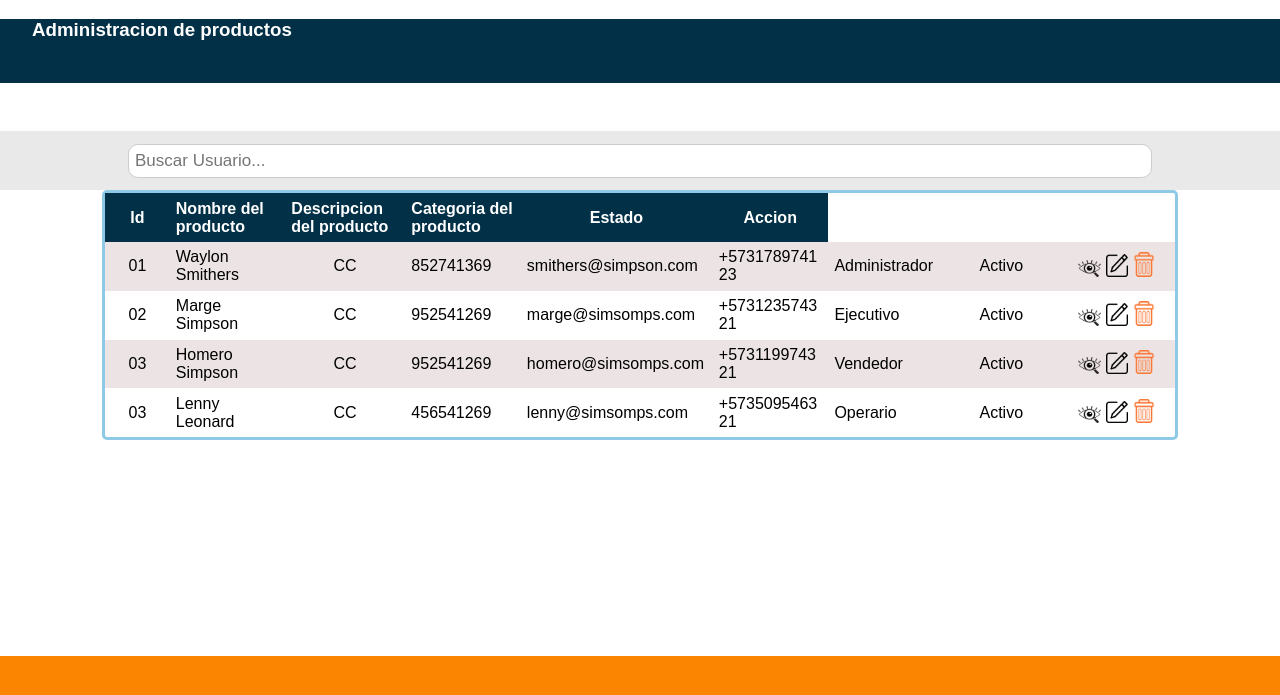
Repository: AlexanderBarona/Proyecto_Ciclo3_Mintic
Page: PaginaWeb/pages/listar_productos.html
The author's editor kept a copy of each file at every save. The page is drawn from the files as they stood at one save, then again after the next save.
The browser window is 1280 px wide. The pictures show the whole page.

Above is the page before, as saved 2021-09-30 15:16:01.

### PaginaWeb/pages/listar_productos.html
<!DOCTYPE html>
<html>

   <head>
      <title>Administracion de productos</title>
      <link href="../css/style.css" rel="stylesheet" type="text/css">
      <link href="../css/admin_user.css" rel="stylesheet" type="text/css">
   </head>
   <body class="admin_user">
      <header>
         <h3>Administracion de productos</h3>
      </header>
      <main>
        <div class="TopBar">
            <div class="Search ">
                <input type="text" placeholder="Buscar Usuario...">
            </div>

        </div>

        <div class="table_principal">
            <table class="table_entity">

              <tbody class="table_body" >

                  <tr class="table_header" >

                    <td class="table_cell center">Id</td>
                    <td class="table_cell">Nombre del producto</td>
                    <td class="table_cell">Descripcion del producto</td>
                    <td class="table_cell">Categoria del producto</td>
                    <td class="table_cell center">Estado</td>
                    <td class="table_cell center">Accion</td>

                  </tr>

                  <tr >
                    <td class="table_cell center">01</td>
                    <td class="table_cell">Waylon Smithers</td>
                    <td class="table_cell center">CC</td>
                    <td class="table_cell">852741369</td>
                    <td class="table_cell">smithers@simpson.com</td>
                    <td class="table_cell">+573178974123</td>
                    <td class="table_cell">Administrador</td>
                    <td class="table_cell center">Activo</td>
                    <td class="table_cell center">
                      <div class="icon_container">
                        <nav>
                          <a href="icon_table">
                            <img class="icon_cell" src="../images/IconRead.ico">
                          </a>
                          <a href="icon_table">
                            <img class="icon_cell" src="../images/IconUpdate.ico">
                          </a>
                          <a href="icon_table">
                            <img class="icon_cell" src="../images/IconDelete.ico">
                          </a>
                        </nav>
                    </div>

                    </td>
                  </tr>

                <tr >
                  <td class="table_cell center">02</td>
                  <td class="table_cell">Marge Simpson</td>
                  <td class="table_cell center">CC</td>
                  <td class="table_cell">952541269</td>
                  <td class="table_cell">marge@simsomps.com</td>
                  <td class="table_cell">+573123574321</td>
                  <td class="table_cell">Ejecutivo</td>
                  <td class="table_cell center">Activo</td>
                  <td class="table_cell center">
                    <div class="icon_container ">
                      <nav>
                        <a href="icon_table">
                          <img class="icon_cell" src="../images/IconRead.ico">
                        </a>
                        <a href="icon_table">
                          <img class="icon_cell" src="../images/IconUpdate.ico">
                        </a>
                        <a href="icon_table">
                          <img class="icon_cell" src="../images/IconDelete.ico">
                        </a>
                      </nav>
                  </div>
                  </td>
                </tr>

                <tr >
                    <td class="table_cell center">03</td>
                    <td class="table_cell">Homero Simpson</td>
                    <td class="table_cell center">CC</td>
                    <td class="table_cell">952541269</td>
                    <td class="table_cell">homero@simsomps.com</td>
                    <td class="table_cell">+573119974321</td>
                    <td class="table_cell">Vendedor</td>
                    <td class="table_cell center">Activo</td>
                    <td class="table_cell center">

                                    <div class="icon_container">
                                        <nav>
                                          <a href="icon_table">
                                            <img class="icon_cell" src="../images/IconRead.ico">
                                          </a>
                                          <a href="icon_table">
                                            <img class="icon_cell" src="../images/IconUpdate.ico">
                                          </a>
                                          <a href="icon_table">
                                            <img class="icon_cell" src="../images/IconDelete.ico">
                                          </a>
                                        </nav>
                                    </div>


                    </td>
                </tr>
                <tr >
                    <td class="table_cell center">03</td>
                    <td class="table_cell">Lenny Leonard</td>
                    <td class="table_cell center">CC</td>
                    <td class="table_cell">456541269</td>
                    <td class="table_cell">lenny@simsomps.com</td>
                    <td class="table_cell">+573509546321</td>
                    <td class="table_cell">Operario</td>
                    <td class="table_cell center">Activo</td>
                    <td class="table_cell center">
                      <div class="icon_container">
                        <nav>
                          <a href="icon_table">
                            <img class="icon_cell" src="../images/IconRead.ico">
                          </a>
                          <a href="icon_table">
                            <img class="icon_cell" src="../images/IconUpdate.ico">
                          </a>
                          <a href="icon_table">
                            <img class="icon_cell" src="../images/IconDelete.ico">
                          </a>
                        </nav>
                    </div>
                    </td>
                </tr>
              </tbody>
            </table>
        </div>
      </main>
      <footer>
        <div>
          <h3>Administracion de usuarios</h3>
          <h3>Administracion de usuarios</h3>
          <h3>Administracion de usuarios</h3>
        </div>
      </footer>
   </body>
</html>

### PaginaWeb/css/style.css
* {
  box-sizing: border-box;
}

body {
  margin: 0;
  font-family: Arial, Helvetica, sans-serif;
}
header {
  background-color: #023047;
  color:  white;
  padding-left:2em ;
  height:4em;
  width:100%;
  margin-bottom: 3em;

}

footer{
  background-color: #FB8500;
  color:  #FB8500;
  position:fixed;
  left:0px;
  bottom:0px;
  height:4em;
  width:100%;
}

### PaginaWeb/css/admin_user.css
/* css barra busqueda*/
@media screen and (max-width: 600px) {
  .Search a,
  .Search input[type="text"] {

    display: block;
    text-align: left;
    width: 100%;
    margin: 0 auto;
    padding: 14px;
    align-items: center;
  }
}

.admin_user .Search {
   overflow: hidden;
   background-color: #e9e9e9;
   display: block;
   width: 100%;
   text-align: center;
  }

.Search a {

    display: block;
    color: black;
    text-align: center;
    padding: 14px 16px;
    text-decoration: none;
    font-size: 17px;
  }

  .Search a:hover {
    background-color: #ddd;
    color: black;
  }

  .Search a.active {
    background-color: #9dcaf0;
    color: white;
  }

  .Search input[type="text"] {
    float: center;
    border-radius: 10px;
    border: 1px solid rgb(174, 204, 218);
    padding: 6px;
    margin-top: 1%;
    margin-right: 2%;
    margin-left: 2%;
    margin-bottom: 1%;
    font-size: 17px;
    width: 80%;
  }
  .Search input[type="text"] {
    border: 1px solid #ccc;
  }

 /* css tabla*/

  .table_entity {
    table-layout: fixed;
    width: 84%;
    margin: 0 auto;
    border-collapse: separate;
    border-spacing: 0px;
    border-radius: 5px;
    border: 3px solid #8ECAE6;

  }

  .table_entity td:first-child {
    width: 4em;
  }
  .table_entity td:nth-child(3) {
    width: 7.5em;
  }
  .table_entity td:nth-child(5) {
    width: 12em;
  }
  .table_entity td:nth-child(8) {
    width: 5em;

  }
  .table_entity td:nth-child(9) {
    width: 5em;
  }




  .table_header {
    background-color: #023047;
    color: #fff;
    font-weight:bold;
  }

  .table_entity tr:nth-child(even) {
  background-color: #ece4e4;
}

.table_entity .center {
  text-align: center;
}
/* css tabla perfiles*/
.table_entity2 {
  table-layout: fixed;
  width: 84%;
  margin: 0 auto;
  border-collapse: separate;
  border-spacing: 0px;
  border-radius: 5px;
  border: 3px solid #8ECAE6;

}

.table_entity2 td:first-child {
  width: 4em;
}

.table_entity2 td:nth-child(2) {
  width: 16em;
}


.table_entity2 td:nth-child(6) {
  width: 4.8em;

}


.table_entity2 tr:nth-child(even) {
background-color: #ece4e4;
}

.table_entity2 .center {
  text-align: center;
}

  th, td {

      word-wrap: break-word;
      padding: 0.4em;
      margin: 0em;
  }
  /* iconos */
  .icon_cell {

    height: 28%;
    width: 22%;
    margin: 0 auto 0 0;


}

.icon_container a , .icon_container a:visited {


  text-decoration: none;

}
/* css checkbox */

.checkbox_container input[type="checkbox"]  {
  content: "";
  width: 2em;
  height: 2em;
  border: 4px solid #bf810f;
  float: left;
  margin: 0 auto 0 0;
  border-right: 0;
  border-top: 0;


}
.checkbox_container input[type="checkbox"]:checked   {
  content: "";
  width: 2.2em;
  height: 2.2em;
  border: 4px solid #bf810f;
  color: #bf810f;
  background-color:#bf810f ;
  float: left;
  margin: 0 auto 0 0;
  border-right: 0;
  border-top: 0;

}

After the next save:
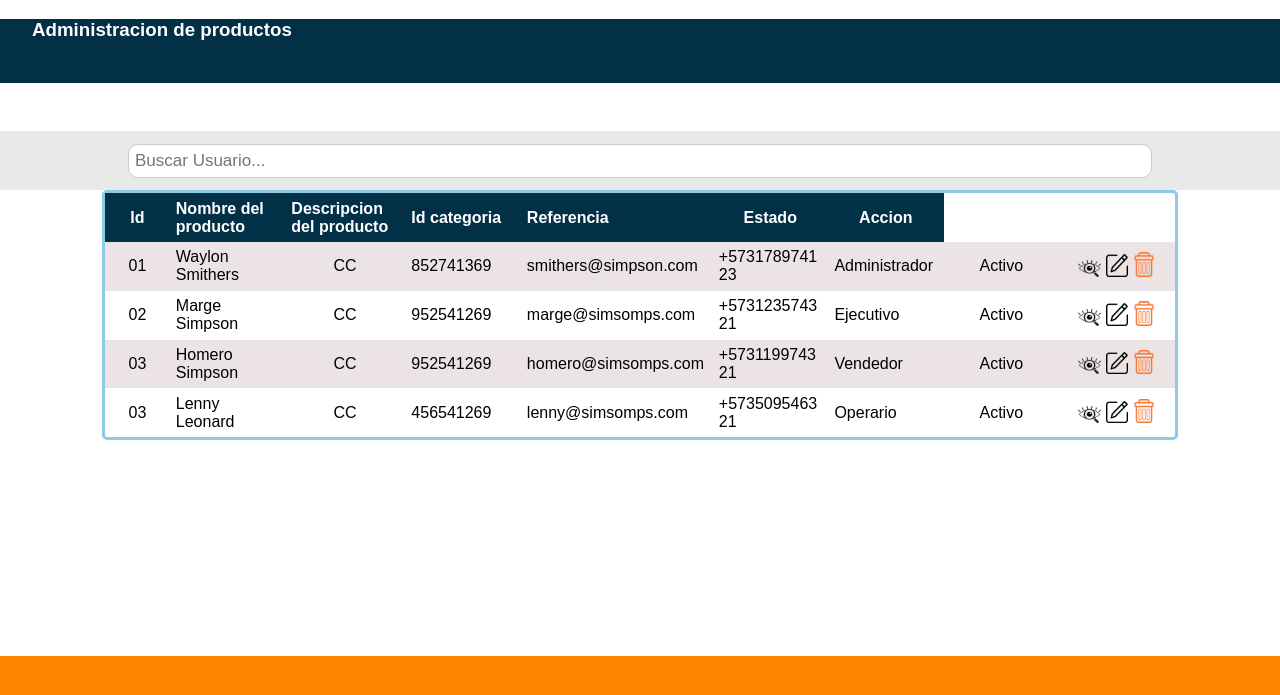
Saved 2 min 37 s later.
--- a/PaginaWeb/pages/listar_productos.html
+++ b/PaginaWeb/pages/listar_productos.html
@@ -28,7 +28,8 @@
                     <td class="table_cell center">Id</td>
                     <td class="table_cell">Nombre del producto</td>
                     <td class="table_cell">Descripcion del producto</td>
-                    <td class="table_cell">Categoria del producto</td>
+                    <td class="table_cell">Id categoria</td>
+                    <td class="table_cell">Referencia</td>
                     <td class="table_cell center">Estado</td>
                     <td class="table_cell center">Accion</td>
 
